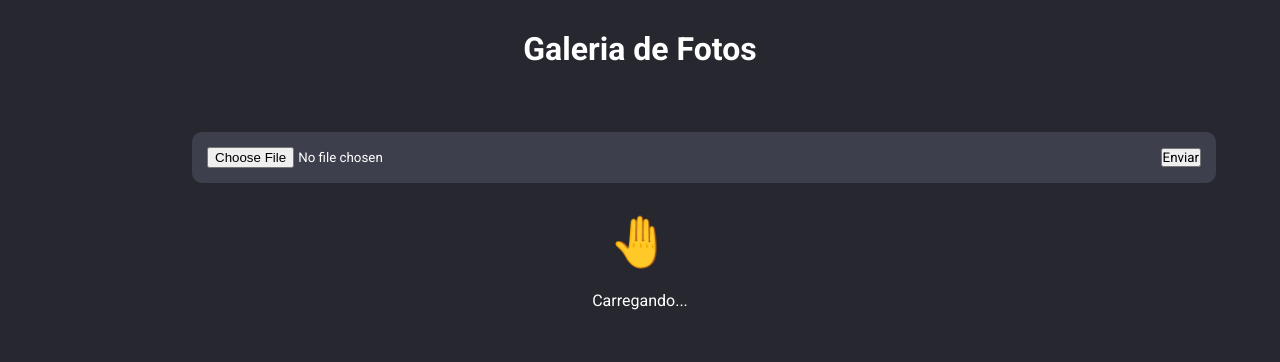
Repository: guilhermecardoso93/imagesapp
Page: /
These files come from the project's save history. The page is drawn as it stood at one moment and after the next save; the edit follows.
The browser window is 1280 px wide. The pictures show the whole page.
The page's requests for data from a server got no answer. The project was rebuilt for these pictures with package versions that can differ from the ones it lists, and the page was loaded fresh each time. No one was signed in, and anything a server would have sent is missing. Also part of the build but not shown: src/components/PhotoItem/styles.ts, src/components/PhotoItem/index.tsx.

Above is the page before, as saved 2022-11-14 19:15:34.

### public/index.html
<!DOCTYPE html>
<html lang="en">
  <head>
    <meta charset="utf-8" />
    <meta name="viewport" content="width=device-width, initial-scale=1" />
    <meta name="theme-color" content="#000000" />
    <meta
      name="description"
      content="Web site created using create-react-app"
      />
    <link rel="preconnect" href="https://fonts.googleapis.com">
    <link rel="preconnect" href="https://fonts.gstatic.com" crossorigin>
    <link
      href="https://fonts.googleapis.com/css2?family=Roboto:wght@400;500;700&display=swap"
      rel="stylesheet">
    <link rel="apple-touch-icon" href="%PUBLIC_URL%/logo192.png" />
    <!--
      manifest.json provides metadata used when your web app is installed on a
      user's mobile device or desktop. See https://developers.google.com/web/fundamentals/web-app-manifest/
    -->
    <link rel="manifest" href="%PUBLIC_URL%/manifest.json" />
    <!--
      Notice the use of %PUBLIC_URL% in the tags above.
      It will be replaced with the URL of the `public` folder during the build.
      Only files inside the `public` folder can be referenced from the HTML.

      Unlike "/favicon.ico" or "favicon.ico", "%PUBLIC_URL%/favicon.ico" will
      work correctly both with client-side routing and a non-root public URL.
      Learn how to configure a non-root public URL by running `npm run build`.
    -->
    <title>React App</title>
  </head>
  <body>
    <noscript>You need to enable JavaScript to run this app.</noscript>
    <div id="root"></div>
    <!--
      This HTML file is a template.
      If you open it directly in the browser, you will see an empty page.

      You can add webfonts, meta tags, or analytics to this file.
      The build step will place the bundled scripts into the <body> tag.

      To begin the development, run `npm start` or `yarn start`.
      To create a production bundle, use `npm run build` or `yarn build`.
    -->
  </body>
</html>

### src/index.tsx
import React from 'react';
import ReactDOM from 'react-dom/client';
import { App } from './App';
import reportWebVitals from './reportWebVitals';

import './global.css'

const root = ReactDOM.createRoot(
  document.getElementById('root') as HTMLElement
);
root.render(
  <React.StrictMode>
    <App />
  </React.StrictMode>
);

// If you want to start measuring performance in your app, pass a function
// to log results (for example: reportWebVitals(console.log))
// or send to an analytics endpoint. Learn more: https://bit.ly/CRA-vitals
reportWebVitals();

### src/App.tsx
import { useEffect, useState } from "react";
import { Area, Container, Header, ScreenWaring, PhotoList, UploadForm } from "./App.styles";
import { PhotoItem } from "./components/PhotoItem";
import * as Photos from "./services/photos";
import { PhotoTypes } from "./types/photoTypes";

export function App() {
  const [loading, setLoading] = useState(false);
  const [photos, setPhotos] = useState<PhotoTypes[]>([]);

  function handleFormSubmit() {}

  useEffect(() => {
    const getPhotos = async () => {
      setLoading(true);
      setPhotos(await Photos.getAll());
      setLoading(false);
    };
    getPhotos();
  }, []);

  return (
    <Container>
      <Area>
        <Header>Galeria de Fotos</Header>
        <UploadForm method="post" onSubmit={handleFormSubmit}>
          <input type='file' name='image'/>
          <input type='submit' value='Enviar'/>
        </UploadForm>

        {loading && (
          <ScreenWaring>
            <div className="emoji">🤚</div>
            <div>Carregando...</div>
          </ScreenWaring>
        )}
        {!loading && photos.length > 0 && (
          <PhotoList>
            {photos.map((photo) => (
              <PhotoItem key={photo.url} name={photo.name} url={photo.url} />
            ))}
          </PhotoList>
        )}
        {!loading && photos.length === 0 && (
          <ScreenWaring>
            <div className="emoji">🙃</div>
            <div>Não há fotos disponiveis...</div>
          </ScreenWaring>
        )}
      </Area>
    </Container>
  );
}

### src/global.css
* {
  box-sizing: border-box;
  margin: 0;
  padding: 0;

  font-family: 'Roboto', sans-serif;
}

### src/App.styles.ts
import styled from "styled-components";

export const Container = styled.div`
  background-color: #27282f;
  color: #fff;
  height: 100vh;
`;
export const Area = styled.div`
  margin: auto;
  max-width: 80%;
  padding: 1.87rem 0;
`;

export const Header = styled.h1`
  text-align: center;
  margin-bottom: 2rem;
`;

export const ScreenWaring = styled.div`
  display: flex;
  flex-direction: column;
  align-items: center;
  justify-content: center;

  .emoji {
    font-size: 50px;
    margin-bottom: 20px;
  }
`;

export const PhotoList = styled.div`
  margin: auto;
  display: grid;
  grid-template-columns: 400px 400px 400px 400px;
  grid-template-rows: auto 1fr auto;
  gap: 10px;
`;

export const UploadForm = styled.form`
  display: flex;
  align-items: center;
  justify-content:space-between;
  width: 100%;
  margin: 4rem;
  background-color: #3d3f4d;
  padding: 15px;
  border-radius: 10px;
  margin-bottom: 30px;
`;

### src/services/photos.ts
import { ref,listAll, getDownloadURL } from "firebase/storage";
import { storage } from "../libs/firebase";
import { PhotoTypes } from "../types/photoTypes";

export async function getAll() {
  let list: PhotoTypes[] = [];

  const galleryFolder = ref(storage, "gallery")
  const photoList = await listAll(galleryFolder)

  for(let i in photoList.items) {
    let photoUrl = await getDownloadURL(photoList.items[i])

    list.push({
      name:photoList.items[i].name,
      url: photoUrl,
    })
  }

  return list;
}

### src/libs/firebase.ts
import { initializeApp } from "firebase/app";
import { getStorage } from "firebase/storage";

const firebaseConfig = {
  apiKey: process.env.REACT_APP_FIREBASE_KEY,
  authDomain: process.env.REACT_APP_FIREBASE_AUTHDOMAIN,
  projectId: process.env.REACT_APP_FIREBASE_PROJECTID,
  storageBucket: process.env.REACT_APP_FIREBASE_STORAGEBUCKET,
  messagingSenderId: process.env.REACT_APP_FIREBASE_MESSEAGINGENDRID,
  appId: process.env.REACT_APP_FIREBASE_APPID,
  measurementId: process.env.REACT_APP_MEASUREMENTID,
};

const firebaseApp = initializeApp(firebaseConfig);
export const storage = getStorage(firebaseApp);

Loaded but not shown: src/reportWebVitals.ts (common file)

After the next save:
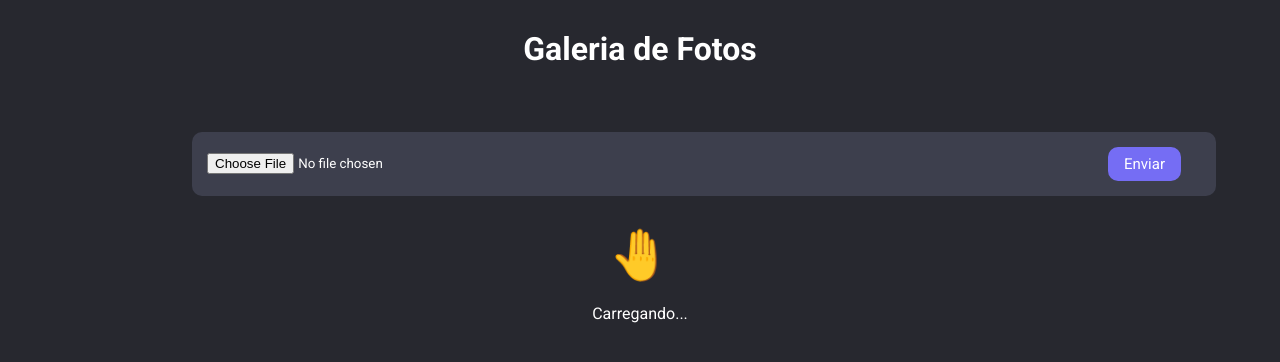
Saved 16 min 15 s later.
--- a/src/App.styles.ts
+++ b/src/App.styles.ts
@@ -46,4 +46,15 @@ export const UploadForm = styled.form`
   padding: 15px;
   border-radius: 10px;
   margin-bottom: 30px;
+
+  input[type=submit] {
+    background-color: #756df4;
+    border: 0;
+    color: #FFF;
+    padding: 8px 16px;
+    font-size: 15px;
+    border-radius: 10px;
+    margin:0 20px;
+    cursor: pointer;
+  }
 `;
